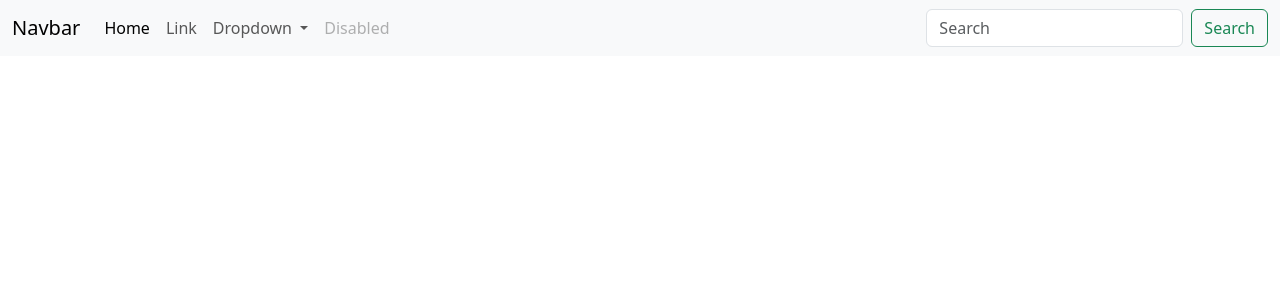
Repository: Nicktacku/webdev
Page: index.html
These files come from the project's save history. The page is drawn as it stood at one moment and after the next save; the edit follows.
The browser window is 1280 px wide. The pictures show the whole page.

Above is the page before, as saved 2024-07-15 15:45:21.

After the next save:
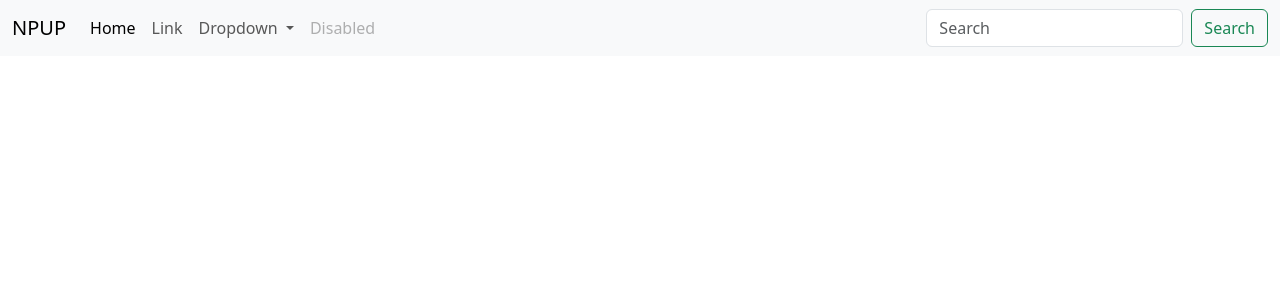
Saved 54 s later.
--- a/index.html
+++ b/index.html
@@ -15,7 +15,7 @@
     <!-- Navbar -->
     <nav class="navbar navbar-expand-lg bg-body-tertiary">
       <div class="container-fluid">
-        <a class="navbar-brand" href="#">Navbar</a>
+        <a class="navbar-brand" href="#">NPUP</a>
         <button
           class="navbar-toggler"
           type="button"
